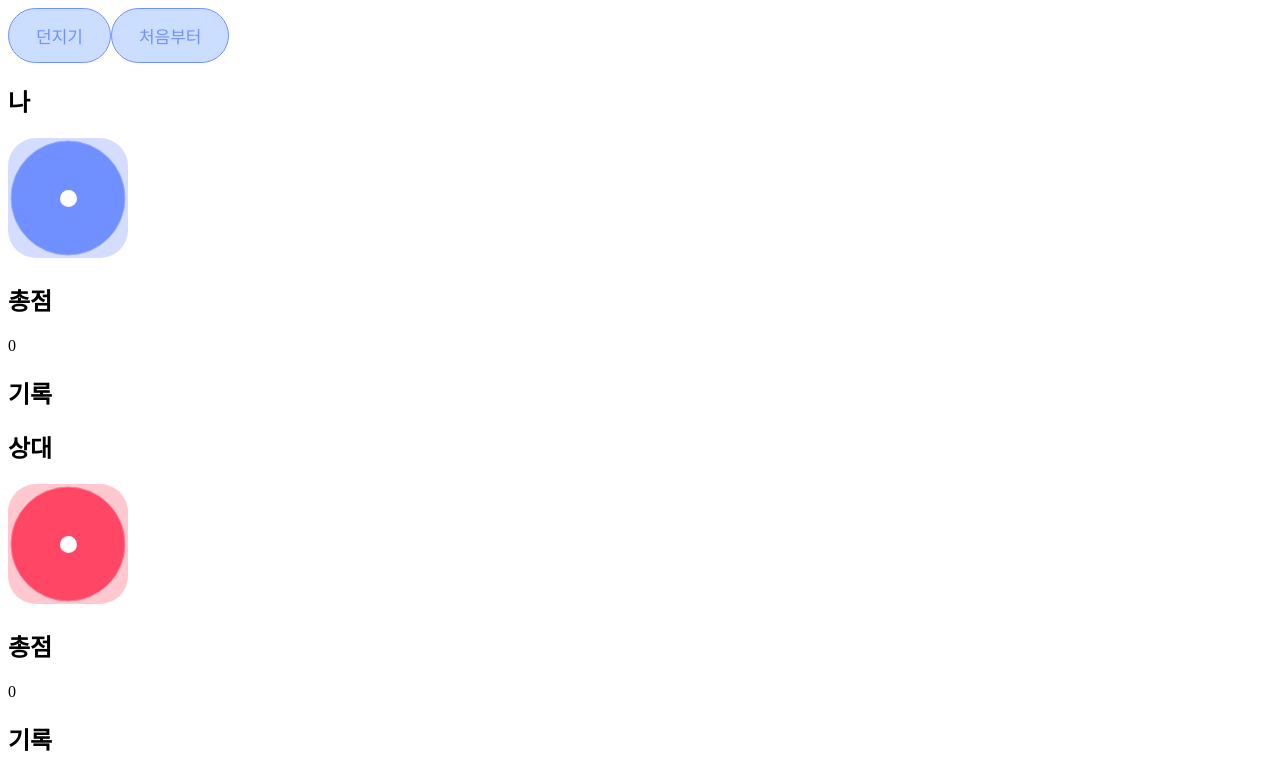
Repository: songjiwon17/React_study
Page: /
The author's editor kept a copy of each file at every save. The page is drawn from the files as they stood at one save, then again after the next save.
The browser window is 1280 px wide. The pictures show the whole page.
The project was rebuilt for these pictures with package versions that can differ from the ones it lists, and the page was loaded fresh each time.

Above is the page before, as saved 2023-09-16 20:37:03.

After the next save:
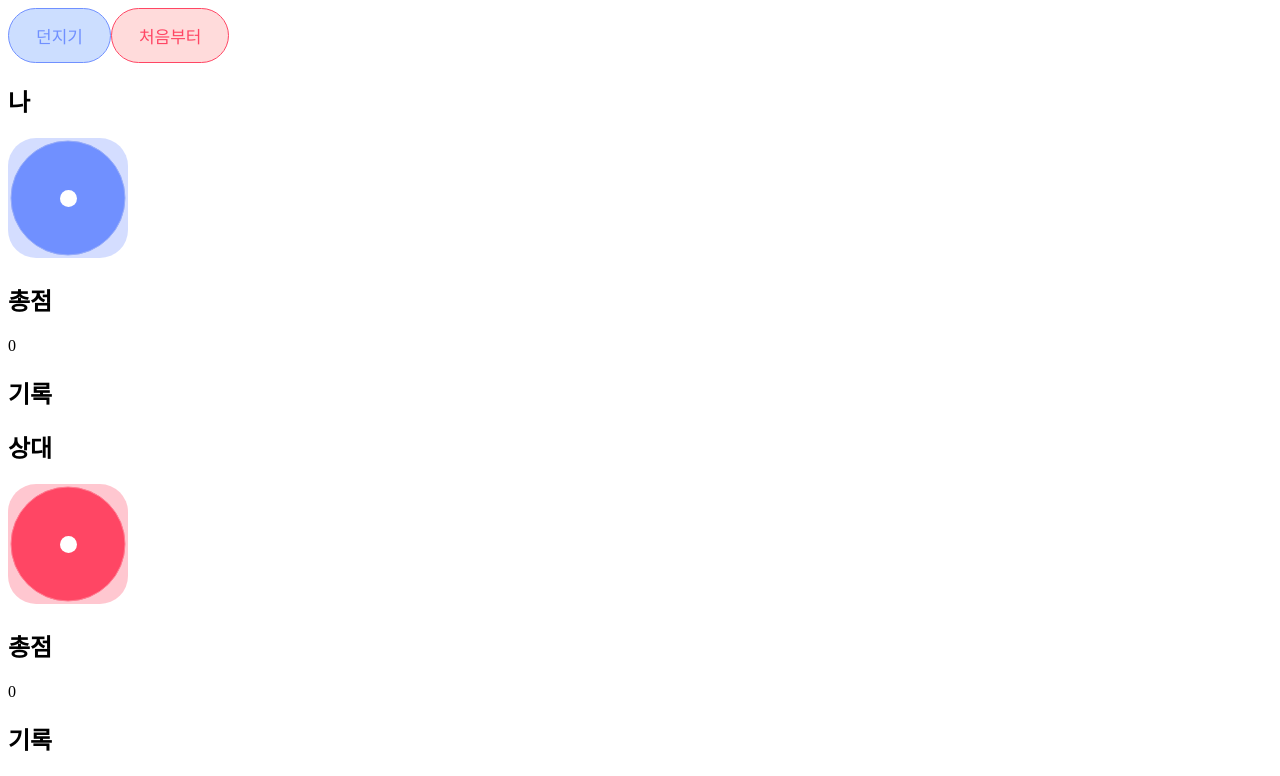
Saved 61 s later.
--- a/src/App.js
+++ b/src/App.js
@@ -24,8 +24,8 @@ function App(){
     return(
         <div>
             <div>
-                <Button onClick={handleRollClick}>던지기</Button>
-                <Button onClick={handleClearClick}>처음부터</Button>
+                <Button color="blue" onClick={handleRollClick}>던지기</Button>
+                <Button color="red" onClick={handleClearClick}>처음부터</Button>
             </div>
             <div>
                 <Board name="나" color="blue" gameHistory={myHistory}/>
